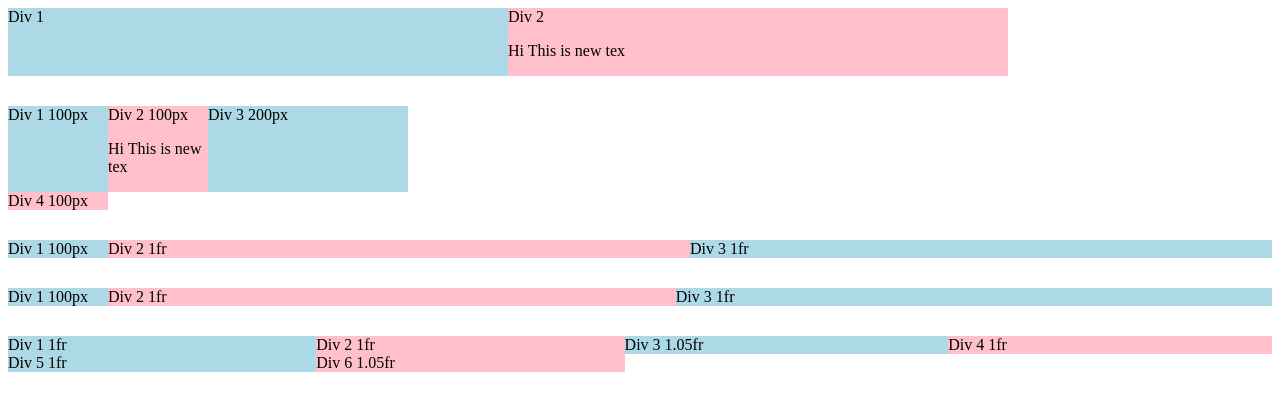
Repository: RagulRanjeeth/Frontend
Page: Exercises/Grids.html
The author's editor kept a copy of each file at every save. The page is drawn from the files as they stood at one save, then again after the next save.
The browser window is 1280 px wide. The pictures show the whole page.

Above is the page before, as saved 2026-01-25 16:33:08.

### Exercises/Grids.html
<!DOCTYPE html>
<html>
    <head>
        <title>Grid Practice</title>
    </head>
    <body>
        <div style="
        display: grid;
        grid-template-columns: 500px 500px;
        ">
            <div style="background-color: lightblue">Div 1</div>
            <div style="background-color: rgb(255, 192, 203)">Div 2 <p>Hi This is new tex</p></div>
        </div>

            <div style="
            display: grid;
            grid-template-columns: 100px 100px 200px;
            margin-top: 30px;
            ">
                <div style="background-color: lightblue">Div 1  100px</div>
                <div style="background-color: rgb(255, 192, 203)">Div 2 100px<p>Hi This is new tex</p></div>
                <div style="background-color: lightblue">Div 3 200px</div>
                <div style="background-color: rgb(255, 192, 203)">Div 4 100px</div>
            </div>


            <div style="
            display: grid;
            grid-template-columns: 100px 1fr 1fr;
            margin-top: 30px;
            ">
                <div style="background-color: lightblue">Div 1  100px</div>
                <div style="background-color: rgb(255, 192, 203)">Div 2 1fr</div>
                <div style="background-color: lightblue">Div 3 1fr</div>
            </div>

            <div style="
            display: grid;
            grid-template-columns: 100px 1fr 1.05fr;
            margin-top: 30px;
            ">
                <div style="background-color: lightblue">Div 1  100px</div>
                <div style="background-color: rgb(255, 192, 203)">Div 2 1fr</div>
                <div style="background-color: lightblue">Div 3 1fr</div>
            </div>

            <div style="
            display: grid;
            grid-template-columns: 1fr 1fr 1.05fr 1.05fr;
            margin-top: 30px;

            ">
                <div style="background-color: lightblue">Div 1 1fr</div>
                <div style="background-color: rgb(255, 192, 203)">Div 2 1fr</div>
                <div style="background-color: lightblue">Div 3 1.05fr</div>

                <div style="background-color: rgb(255, 192, 203)">Div 4 1fr</div>
                <div style="background-color: lightblue">Div 5 1fr</div>
                 <div style="background-color: rgb(255, 192, 203)">Div 6 1.05fr</div>
            </div>




    </body>
</html>

After the next save:
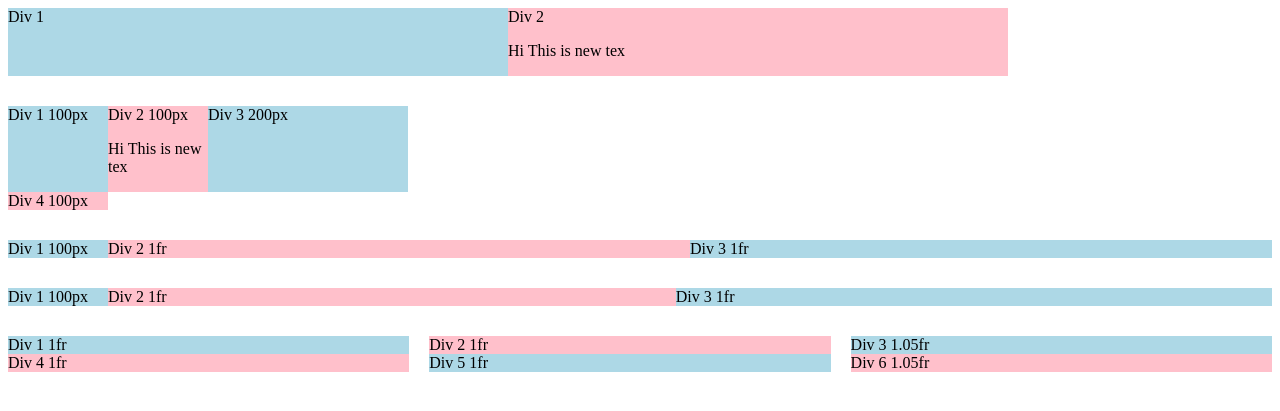
Saved 38 s later.
--- a/Exercises/Grids.html
+++ b/Exercises/Grids.html
@@ -46,7 +46,8 @@
 
             <div style="
             display: grid;
-            grid-template-columns: 1fr 1fr 1.05fr 1.05fr;
+            grid-template-columns: 1fr 1fr 1.05fr;
+            column-gap:20px;
             margin-top: 30px;
 
             ">
